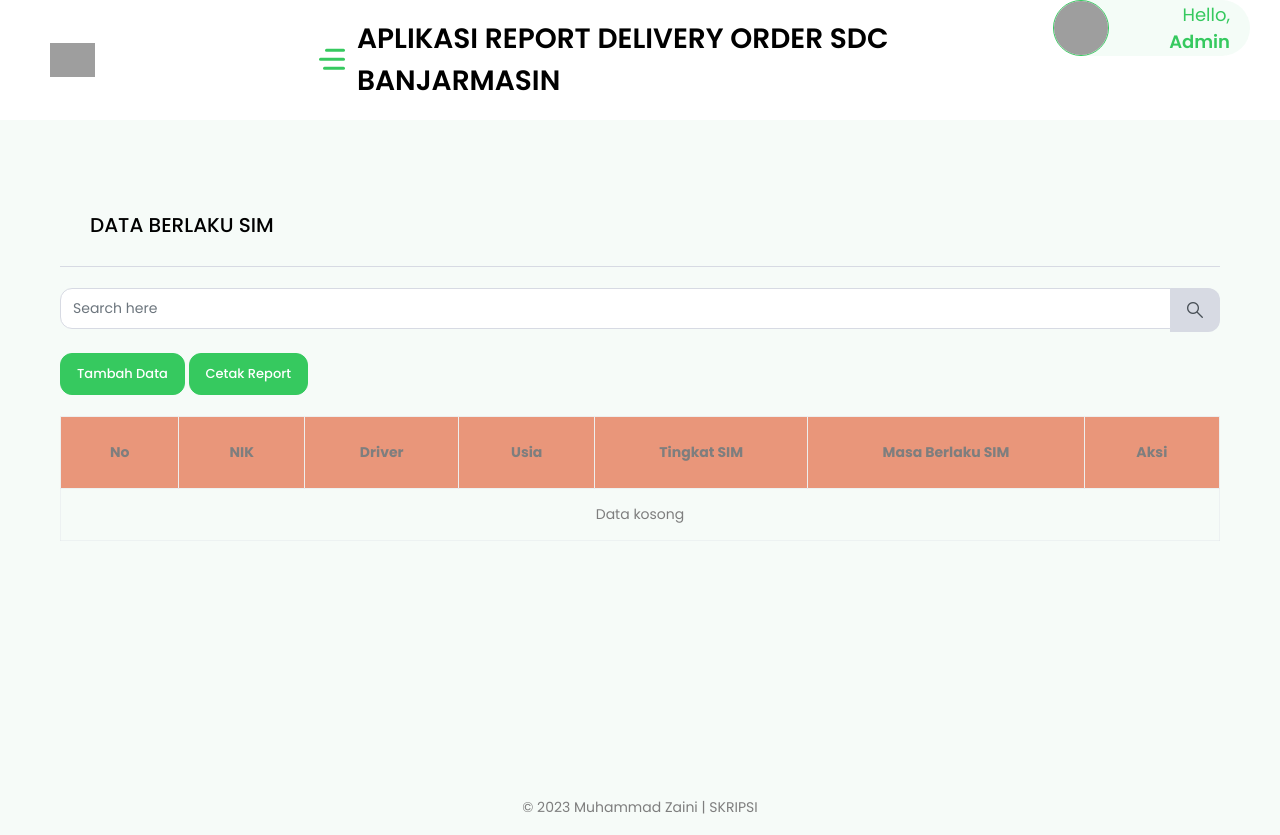
Repository: muhammadzainiy31/skripsi
Page: http://localhost/lap_berlaku_sim/index.php
An editor plug-in stored every save of this project. The page is shown before and after the next save, followed by the edit.
The browser window is 1280 px wide. The pictures show the whole page.
Pictures or frames that could not be fetched are drawn as grey boxes. The page is run by PHP 8.4 with error messages shown; the project is at /var/www/html/. Queries for data that is not in the repository find no rows.

Above is the page before, as saved 2023-07-01 22:03:02.

After the next save:
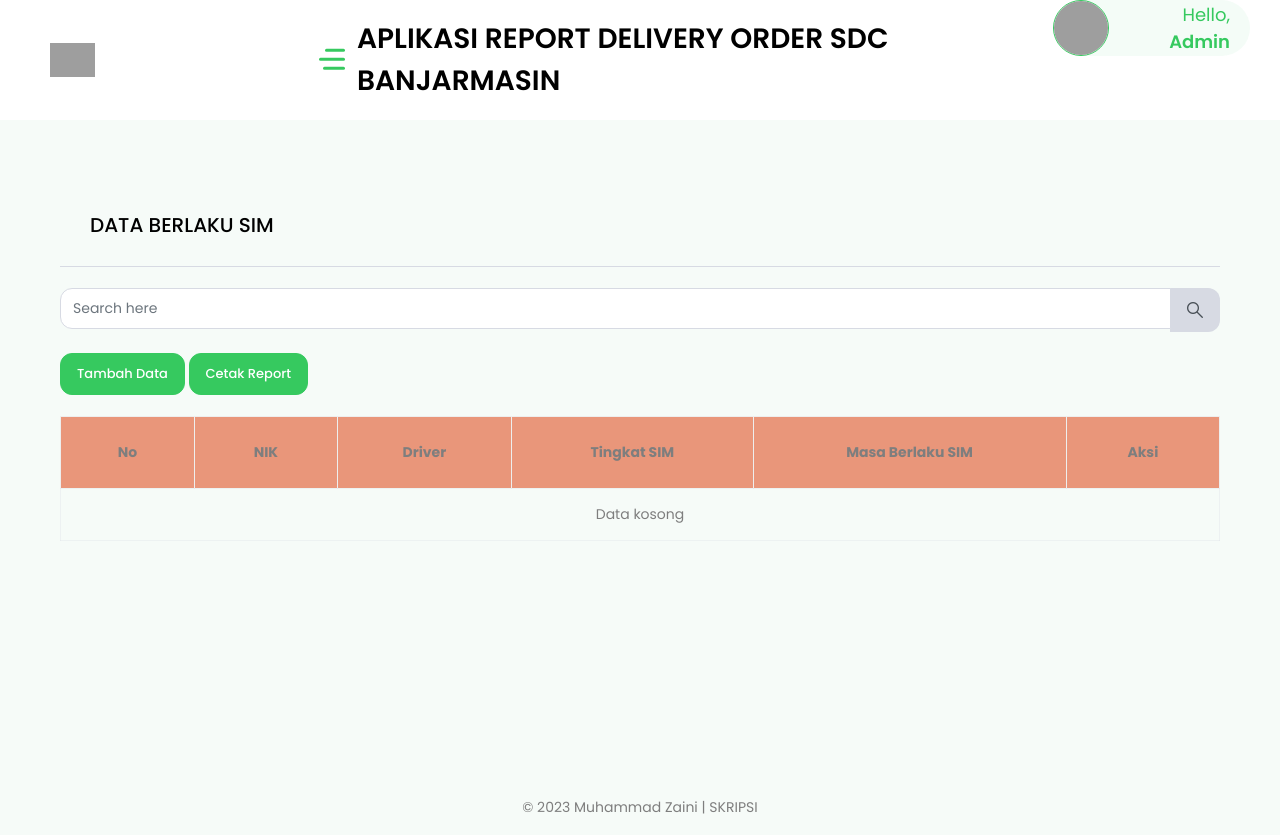
Saved 91 s later.
--- a/lap_berlaku_sim/index.php
+++ b/lap_berlaku_sim/index.php
@@ -54,7 +54,6 @@
                 <th>No</th>
                 <th>NIK </th>
                 <th>Driver</th>
-                <th>Usia</th>
                 <th>Tingkat SIM</th>
                 <th>Masa Berlaku SIM</th>
                 <th>Aksi</th>
